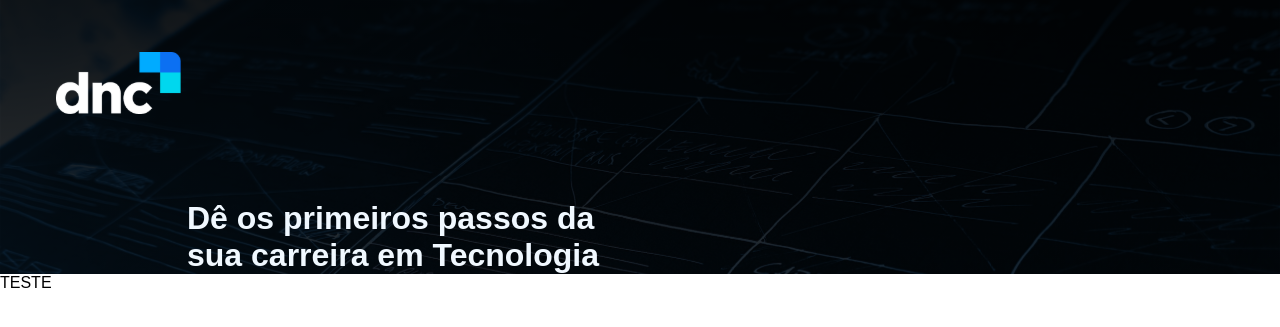
Repository: kleber-goncalves/Landing-Page-dnc
Page: src/index.html
The author's editor kept a copy of each file at every save. The page is drawn from the files as they stood at one save, then again after the next save.
The browser window is 1280 px wide. The pictures show the whole page.

Above is the page before, as saved 2024-12-09 19:39:02.

After the next save:
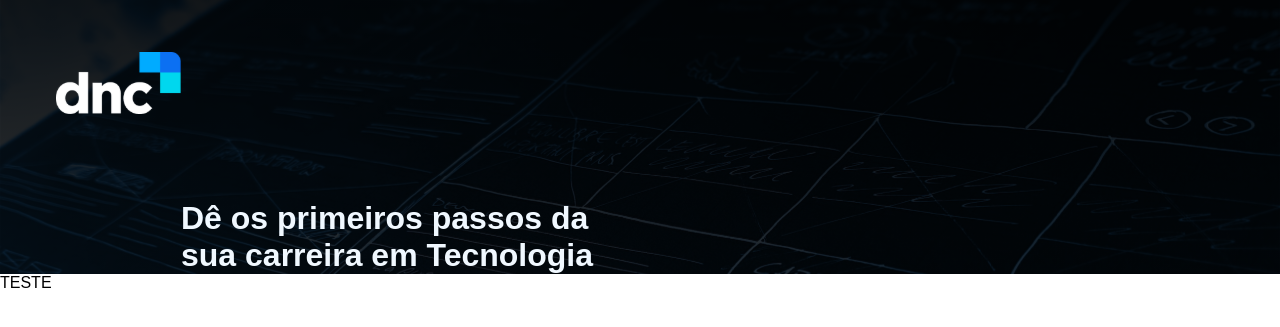
Saved 20 s later.
--- a/src/style.css
+++ b/src/style.css
@@ -23,6 +23,6 @@
 
 #titulo {
   display: flex;
-  margin-left: 6px;
+  margin-left: 0px;
   margin-top: 200px;
 }
